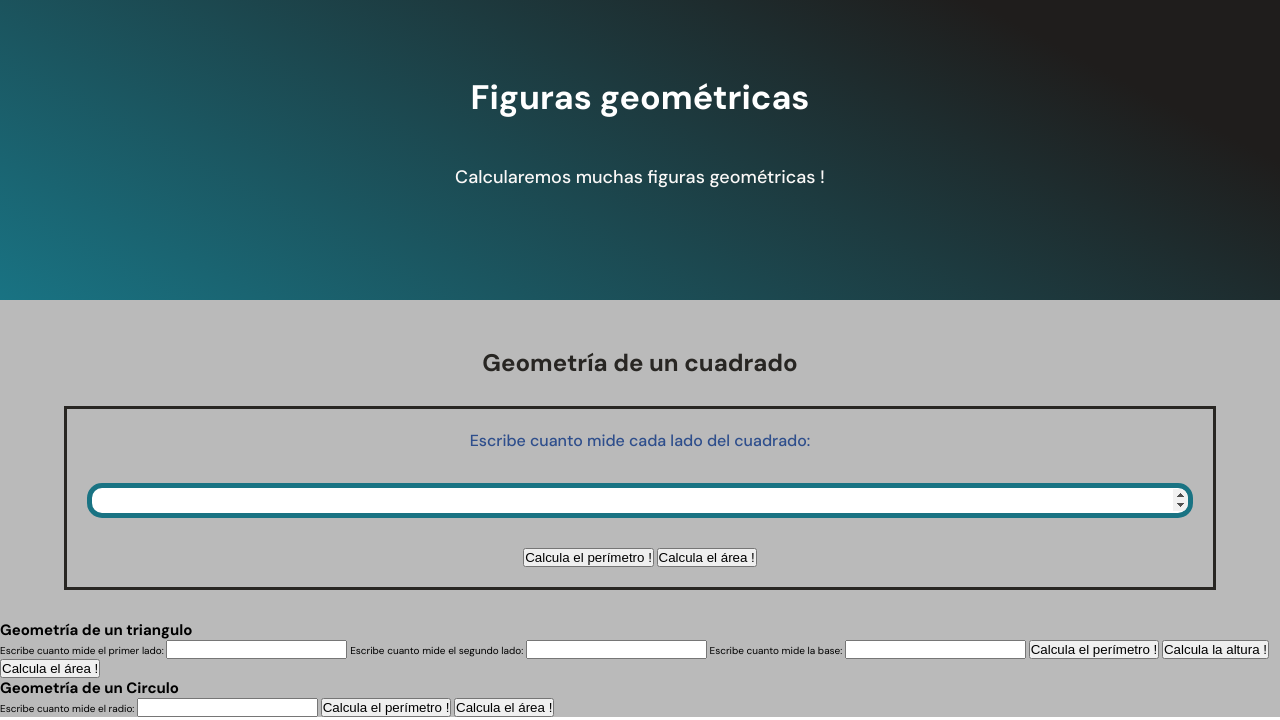
Repository: ChristianGecchelin/javascript-project
Page: javascript-project/figuras-geometricas/figuras.html
The author's editor kept a copy of each file at every save. The page is drawn from the files as they stood at one save, then again after the next save.
The browser window is 1280 px wide. The pictures show the whole page.
The pointer rests on the first visible `.main-calculadora-form-contenedor .form--input`.

Above is the page before, as saved 2021-12-01 23:39:11.

### javascript-project/figuras-geometricas/figuras.html
<!DOCTYPE html>
<html lang="en">
  <head>
    <meta charset="UTF-8" />
    <meta http-equiv="X-UA-Compatible" content="IE=edge" />
    <meta name="viewport" content="width=device-width, initial-scale=1.0" />
    <title>Figuras geométricas | Proyecto 1</title>
    <link rel="preconnect" href="https://fonts.googleapis.com" />
    <link rel="preconnect" href="https://fonts.gstatic.com" crossorigin />
    <link
      href="https://fonts.googleapis.com/css2?family=DM+Sans:wght@400;500;700&family=Inter:wght@300;500&display=swap"
      rel="stylesheet"
    />
    <link rel="stylesheet" href="./style.css" />
  </head>
  <body>
    <header>
      <div class="header--title-container">
        <h1>Figuras geométricas</h1>
        <p>Calcularemos muchas figuras geométricas !</p>
      </div>
    </header>
    <main>
      <section class="main-calculadora-contenedor">
        <h2 class="main-calculadora-contenedor--title">
          Geometría de un cuadrado
        </h2>
        <div class="main-calculadora-form-contenedor">
          <form action="">
            <label class="form--label-input" for=""
              >Escribe cuanto mide cada lado del cuadrado:</label
            >
            <input class="form--input" type="number" id="inputCuadrado" />
            <button type="button" onclick="calcularPerimetroCuadrado()">
              Calcula el perímetro !
            </button>
            <button type="button" onclick="calcularAreaCuadrado()">
              Calcula el área !
            </button>
            <!-- type button, para quitarle el submit por defecto y que no me redireccione a ningun lado -->
          </form>
        </div>
      </section>
      <section>
        <h2>Geometría de un triangulo</h2>
        <form action="">
          <label for="">Escribe cuanto mide el primer lado:</label>
          <input type="number" id="inputLado1" />
          <label for="">Escribe cuanto mide el segundo lado:</label>
          <input type="number" id="inputLado2" />
          <label for="">Escribe cuanto mide la base:</label>
          <input type="number" id="inputBase" />
          <button type="button" onclick="calcularPerimetroTriangulo()">
            Calcula el perímetro !
          </button>
          <button type="button" onclick="calcularAlturaTriangulo()">
            Calcula la altura !
          </button>
          <button type="button" onclick="calcularAreaTriangulo()">
            Calcula el área !
          </button>
          <!-- type button, para quitarle el submit por defecto y que no me redireccione a ningun lado -->
        </form>
      </section>
      <section>
        <h2>Geometría de un Circulo</h2>
        <form action="">
          <label for="">Escribe cuanto mide el radio:</label>
          <input type="number" id="inputRadio" />
          <button type="button" onclick="calcularPerimetroCirculo()">
            Calcula el perímetro !
          </button>
          <button type="button" onclick="calcularAreaCirculo()">
            Calcula el área !
          </button>
          <!-- type button, para quitarle el submit por defecto y que no me redireccione a ningun lado -->
        </form>
      </section>
    </main>
    <script src="./figurasConFunciones.js"></script>
  </body>
</html>

### javascript-project/figuras-geometricas/style.css
:root {
  --Dark-lightblue: #197383;
  --soft-orange: #ffe9d5;
  --secondary-blue: #1a9af7;
  --soft-blue: #e7f5ff;
  --warm-black: #201e1c;
  --black: #282623;
  --grey: #bababa;
  --off-white: #faf8f7;
  --just-white: #fff;
}
* {
  box-sizing: border-box;
  margin: 0;
  padding: 0;
}
html {
  font-size: 62.5%;
  font-family: "DM Sans", sans-serif;
}
header {
  position: relative;
  display: flex;
  flex-direction: column;
  justify-content: center;
  width: 100%;
  min-width: 320px;
  height: 300px;
  text-align: center;
  background: linear-gradient(207.8deg, #1f1d1c 16.69%, #197383 100%);
}
header .header--title-container {
  width: 90%;
  min-width: 288px;
  max-width: 900px;
  height: 200px;
  text-align: center;
  align-self: center;
}
header .header--title-container h1 {
  margin-top: 30px;
  margin-bottom: 50px;
  font-size: 3.4rem;
  font-weight: 700;
  line-height: 3.6rem;
  color: var(--just-white);
}
header .header--title-container p {
  font-size: 1.8rem;
  font-weight: 500;
  line-height: 2.2rem;
  color: var(--off-white);
}
main {
  width: 100%;
  height: auto;
  background-color: var(--grey);
  min-width: 320px;
}
.main-calculadora-contenedor {
  width: 90%;
  min-width: 280px;
  height: auto;
  margin: 0 auto;
  padding-top: 50px;
  padding-bottom: 30px;
  text-align: center;
}
.main-calculadora-contenedor--title {
  margin-bottom: 30px;
  font-size: 2.4rem;
  font-weight: 700;
  line-height: 2.6rem;
  color: var(--black);
}
.main-calculadora-form-contenedor {
  display: flex;
  flex-direction: column;
  justify-content: center;
  height: auto;
  border: 3px solid var(--black);
  padding: 20px 20px;
}
.main-calculadora-form-contenedor .form--label-input {
  display: block;
  font-size: 1.6rem;
  font-weight: 500;
  line-height: 2.4rem;
  color: rgba(34, 68, 136, 0.92);
}
.main-calculadora-form-contenedor .form--input {
  display: block;
  width: 80%;
  height: 35px;
  margin: 30px auto;
  border: none;
  text-align: center;
  font-size: 2rem;
}
.main-calculadora-form-contenedor .form--input:hover {
  border: 5px solid var(--Dark-lightblue);
  width: 100%;
  border-radius: 15px;
}

### javascript-project/figuras-geometricas/figurasConFunciones.js
/* Codigo del cuadrado */
console.group("Cuadrado");
function perimetroCuadrado(lado) {
  return lado * 4;
}
/* console.log(`Perimetro del cuadrado es: ${perimetroCuadrado} cm.`); */
function areaCuadrado(lado) {
  return (
    lado ** 2
  ); /* debe estar escrito de igual manera el parametro que el return */
}

/* console.log(`El area del cuadrado es: ${areaCuadrado} cm^2.`); */
console.groupEnd();

/* Codigo del triangulo */
console.group("Triangulo");

function perimetroTriangulo(lado1, lado2, base) {
  return lado1 + lado2 + base;
}
function calcularAltura(lado1, lado2, lado3) {
  let ladosIguales;
  let ladoBase;
  let altura;

  if (
    lado1 + lado2 <= lado3 ||
    lado1 + lado3 <= lado2 ||
    lado2 + lado3 <= lado1
  ) {
    alert(
      "En un triangulo la base no puede ser mayor a la suma de sus catetos"
    );
  } else {
    switch (true) {
      case lado1 === lado2:
        ladosIguales = lado1;
        ladoBase = lado3;
        break;
      case lado1 === lado3:
        ladosIguales = lado1;
        ladoBase = lado2;
        break;
      case lado3 === lado2:
        ladosIguales = lado2;
        ladoBase = lado1;
        break;
    }
    if (!ladosIguales) {
      alert("Tu triangulo no es isosceles, ingresa la altura");
    } else {
      altura = Math.sqrt(ladosIguales ** 2 - ladoBase ** 2 / 4);
    }
  }
  return ladosIguales, ladoBase, altura;
}
function areaTriangulo(ladoBase, altura) {
  return (
    (ladoBase * altura) / 2
  ); /* tengo que llamar a la funcion altura para pasarle el dato */
}
console.groupEnd();

//Codigo Circulo
console.group("Circulo");
function diametroCirculo(radio) {
  return radio * 2;
}
const pi = Math.PI;
function circunferencia(radio) {
  const diametro = diametroCirculo(radio);
  /* llamo a una funcion dentro de otra y creo una variable que tiene alcance local */
  return diametro * pi;
}
function superficieCirculo(radio) {
  return pi * radio ** 2;
}

console.groupEnd();
/* Creo una funcion, que a traves del id obtengo lo que el usuario ingreso en el input. y con eso le saco el value que le paso
a la funcion que cree antes y es la encargada de hacer el calculo para luego mostrarse en un aler */
function calcularPerimetroCuadrado() {
  const input = document.getElementById("inputCuadrado");
  const value = input.value;
  const perimetro = perimetroCuadrado(value);
  alert(perimetro);
}
function calcularAreaCuadrado() {
  const input = document.getElementById("inputCuadrado");
  const value = input.value;
  const area = areaCuadrado(value);
  alert(area);
}

function calcularPerimetroTriangulo() {
  const inputLado1 = document.getElementById("inputLado1");
  const valueLado1 = Number(inputLado1.value);
  const inputLado2 = document.getElementById("inputLado2");
  const valueLado2 = Number(inputLado2.value);
  const inputBase = document.getElementById("inputBase");
  const valueBase = Number(inputBase.value);
  /* Es importante ponerle number porque por mas que el input tenga type number, este lo transforma como un string */
  const perimetro = perimetroTriangulo(valueLado1, valueLado2, valueBase);
  alert(perimetro);
}

function calcularAlturaTriangulo() {
  const inputLado1 = document.getElementById("inputLado1");
  const valueLado1 = Number(inputLado1.value);
  const inputLado2 = document.getElementById("inputLado2");
  const valueLado2 = Number(inputLado2.value);
  const inputBase = document.getElementById("inputBase");
  const valueBase = Number(inputBase.value);
  const alturaTriangulo = calcularAltura(valueLado1, valueLado2, valueBase);
  alert(alturaTriangulo);
}

function calcularAreaTriangulo() {
  /* const inputAltura = document.getElementById("inputAltura");
  const valueAltura = Number(inputAltura.value);
  const inputBase = document.getElementById("inputBase");
  const valueBase = inputBase.value;
  const area = areaTriangulo(valueAltura, valueBase);
  alert(area); */
  const inputLado1 = document.getElementById("inputLado1");
  const valueLado1 = Number(inputLado1.value);
  const inputLado2 = document.getElementById("inputLado2");
  const valueLado2 = Number(inputLado2.value);
  const inputBase = document.getElementById("inputBase");
  const valueBase = Number(inputBase.value);
  const altura = calcularAltura(valueLado1, valueLado2, valueBase);
  const area = areaTriangulo(valueBase, altura);
  alert(area);
}

function calcularPerimetroCirculo() {
  const inputRadio = document.getElementById("inputRadio");
  const valueRadio = inputRadio.value;
  const perimetro = circunferencia(valueRadio);
  alert(perimetro);
}
function calcularAreaCirculo() {
  const inputRadio = document.getElementById("inputRadio");
  const valueRadio = inputRadio.value;
  const superficie = superficieCirculo(valueRadio);
  alert(superficie);
}

After the next save:
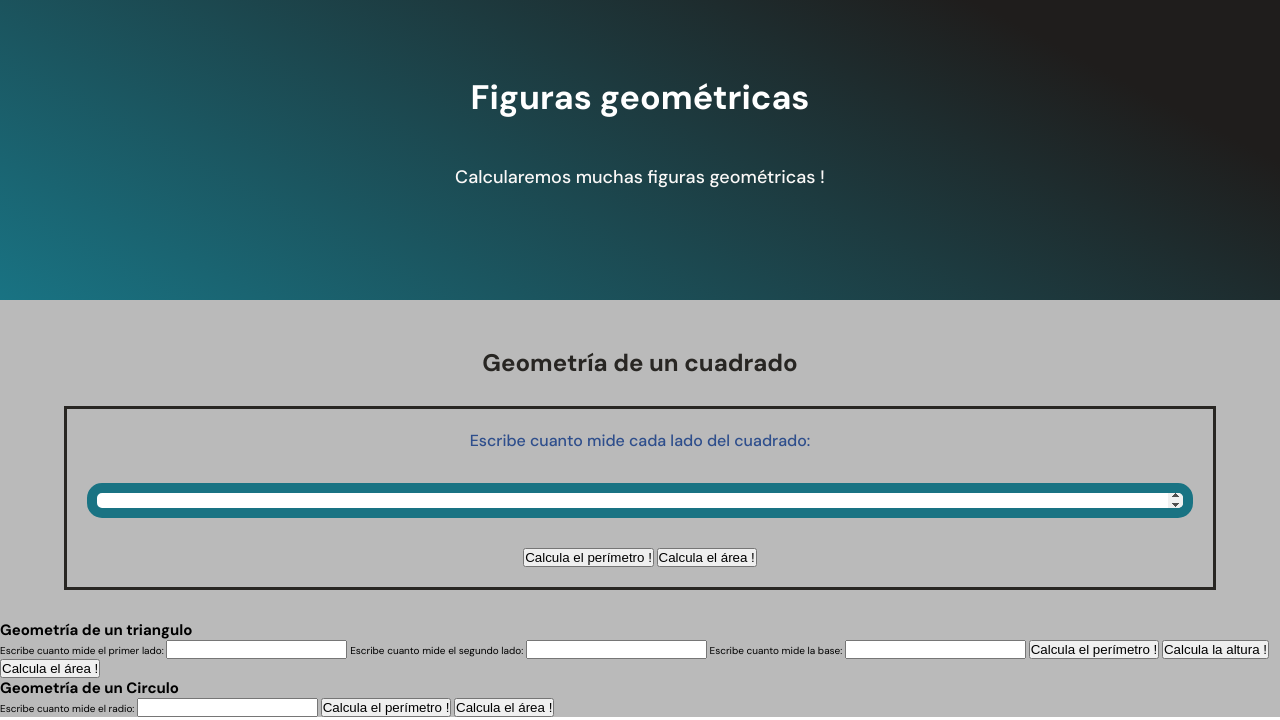
Saved 19 s later.
--- a/javascript-project/figuras-geometricas/style.css
+++ b/javascript-project/figuras-geometricas/style.css
@@ -98,7 +98,7 @@
   font-size: 2rem;
 }
 .main-calculadora-form-contenedor .form--input:hover {
-  border: 5px solid var(--Dark-lightblue);
+  border: 10px solid var(--Dark-lightblue);
   width: 100%;
   border-radius: 15px;
 }

After the save that followed:
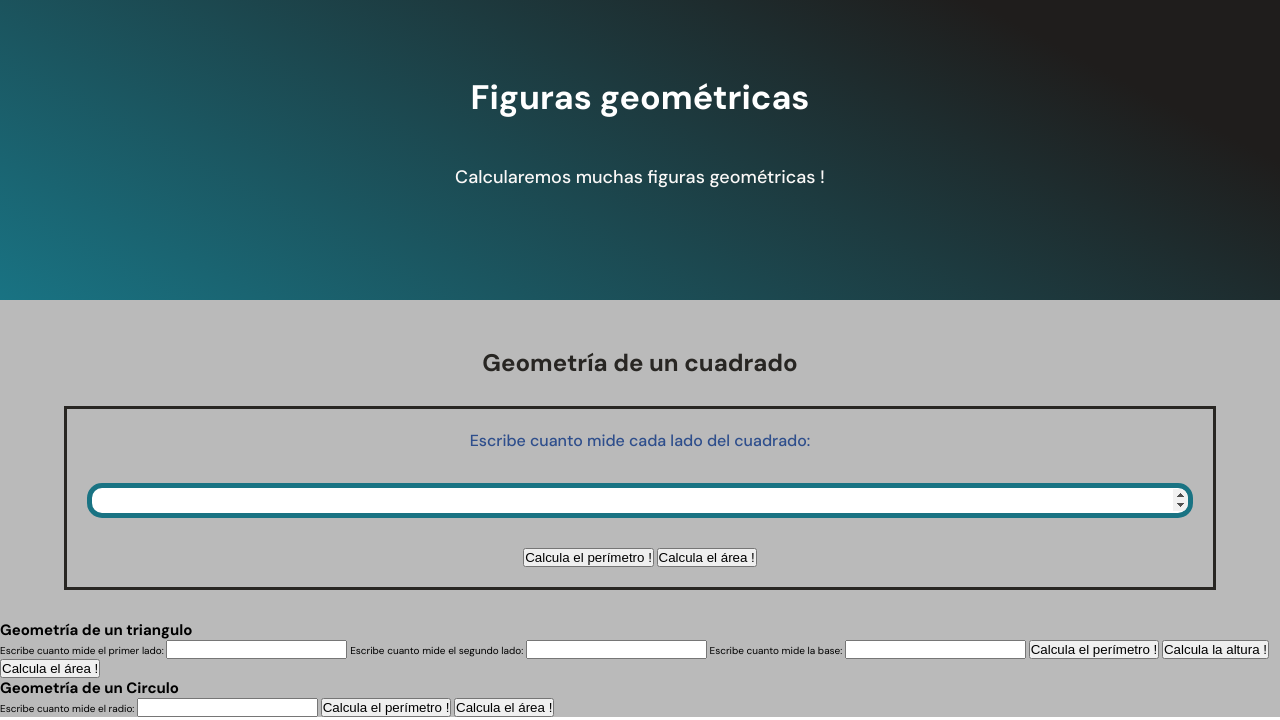
Saved 6 s later.
--- a/javascript-project/figuras-geometricas/style.css
+++ b/javascript-project/figuras-geometricas/style.css
@@ -98,7 +98,7 @@
   font-size: 2rem;
 }
 .main-calculadora-form-contenedor .form--input:hover {
-  border: 10px solid var(--Dark-lightblue);
+  border: 5px solid var(--Dark-lightblue);
   width: 100%;
   border-radius: 15px;
 }
